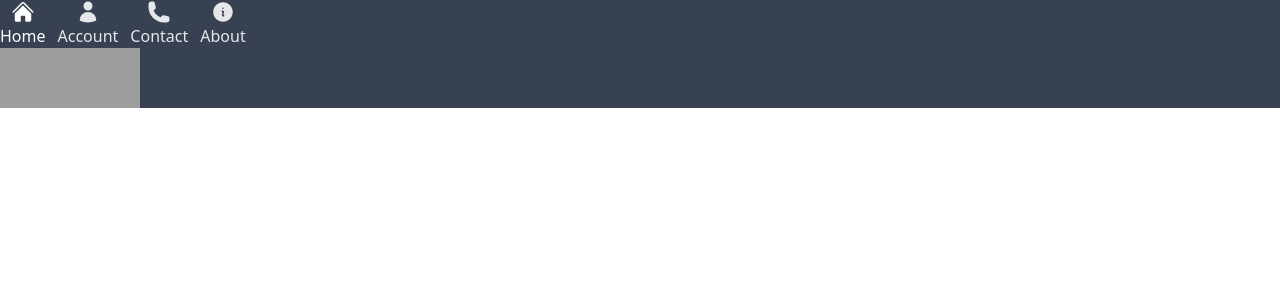
Repository: lyvandat/imdb-movie
Page: /
The author's editor kept a copy of each file at every save. The page is drawn from the files as they stood at one save, then again after the next save.
The browser window is 1280 px wide. The pictures show the whole page.
Pictures or frames that could not be fetched are drawn as grey boxes. The project was rebuilt for these pictures with package versions that can differ from the ones it lists, and the page was loaded fresh each time. The framework's server and built-in components were replaced by stand-ins that run in the browser. Also part of the build but not shown: next.config.js.

Above is the page before, as saved 2022-10-04 10:30:46.

### pages/index.js
import Head from "next/head";
import Header from "../components/Header";

export default function Home() {
  return (
    <div>
      <Head>
        <title>Create Next App</title>
        <meta name="description" content="Generated by create next app" />
        <link rel="icon" href="/favicon.ico" />
      </Head>

      <Header />
    </div>
  );
}

### components/Header.js
import React from "react";
import Image from "next/image";
import {
  HomeIcon,
  UserIcon,
  PhoneIcon,
  InformationCircleIcon,
} from "@heroicons/react/24/solid";
import Link from "next/link";

// import { Container } from './styles';

function Header() {
  return (
    <section className="flex flex-col bg-gray-700 select-none text-gray-200 ">
      <ul className="flex space-x-3">
        <li className="flex flex-col items-center hover:text-white active:text-red-500">
          <HomeIcon className="h-6" />
          <p>Home</p>
        </li>

        <li className="flex flex-col items-center hover:text-white active:text-red-500">
          <UserIcon className="h-6" />
          <p>Account</p>
        </li>
        <li className="flex flex-col items-center hover:text-white active:text-red-500">
          <PhoneIcon className="h-6" />
          <p>Contact</p>
        </li>
        <li className="flex flex-col items-center hover:text-white active:text-red-500">
          <InformationCircleIcon className="h-6" />
          <p>About</p>
        </li>
      </ul>
      <Image
        src="https://th.bing.com/th/id/R.96d6a3163510b47bda4d016b465fb380?rik=RdmM%2faKqGkQOUw&riu=http%3a%2f%2fimg4.wikia.nocookie.net%2f__cb20130124112826%2flogopedia%2fimages%2f8%2f8e%2fIMDB.png&ehk=Svd7%2fn42Zig1owSS1hb%2b2k8bFFdbEKW6iFyTQu2u5yw%3d&risl=&pid=ImgRaw&r=0"
        width={140}
        height={60}
        layout="fixed"
      />
    </section>
  );
}

export default Header;

Loaded but not shown: pages/_app.js (common file); styles/globals.css (common file); tailwind.config.js (common file)

After the next save:
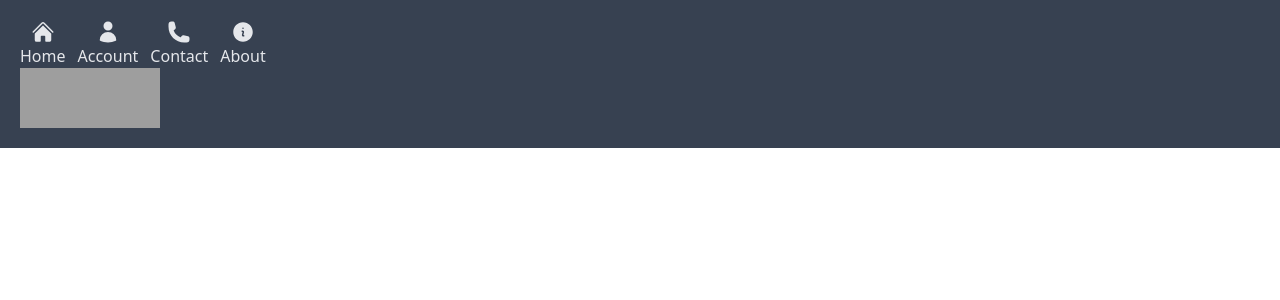
Saved 8 s later.
--- a/components/Header.js
+++ b/components/Header.js
@@ -12,7 +12,7 @@ import Link from "next/link";
 
 function Header() {
   return (
-    <section className="flex flex-col bg-gray-700 select-none text-gray-200 ">
+    <section className="flex flex-col bg-gray-700 select-none text-gray-200 p-5">
       <ul className="flex space-x-3">
         <li className="flex flex-col items-center hover:text-white active:text-red-500">
           <HomeIcon className="h-6" />
